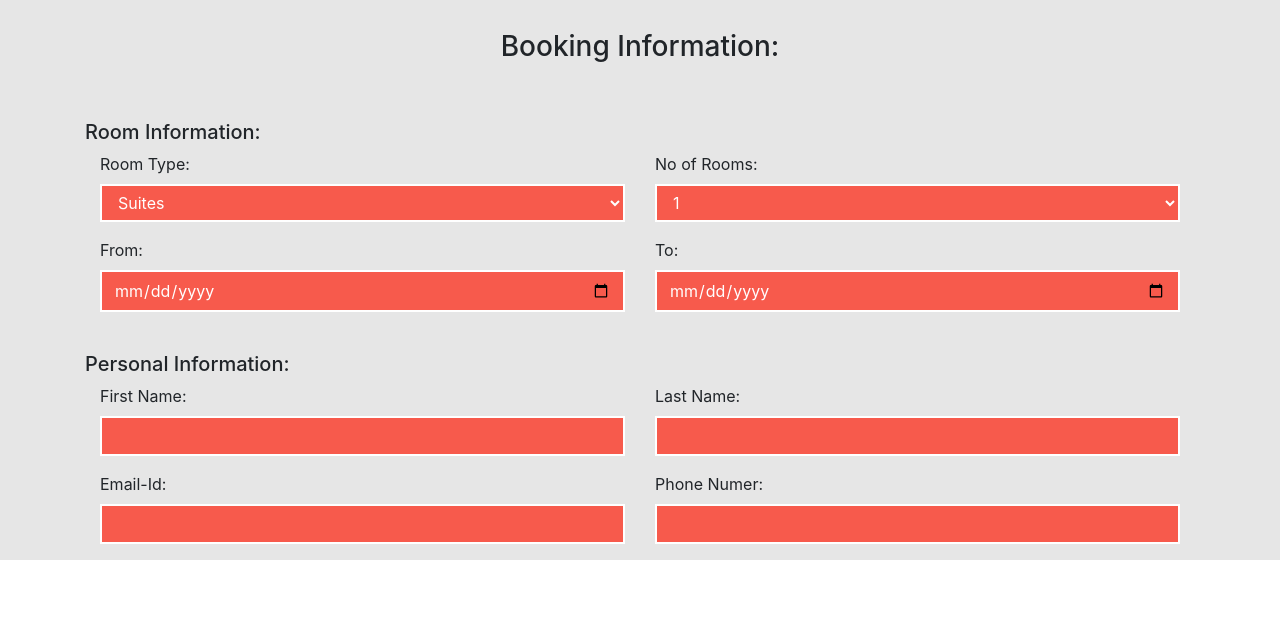
Repository: kapsky5/HotelManagement
Page: booking.html
An editor plug-in stored every save of this project. The page is shown before and after the next save, followed by the edit.
The browser window is 1280 px wide. The pictures show the whole page.

Above is the page before, as saved 2019-11-07 03:46:40.

### booking.html
<!DOCTYPE html>
<html lang="en">
<head>
    <meta charset="UTF-8">
    <meta name="viewport" content="width=device-width, initial-scale=1.0">
    <meta http-equiv="X-UA-Compatible" content="ie=edge">
    <title>RADISSON BLU</title>
    <link rel="stylesheet" href="css/main.css">
    <link rel="stylesheet" href="https://maxcdn.bootstrapcdn.com/bootstrap/4.0.0/css/bootstrap.min.css" integrity="sha384-Gn5384xqQ1aoWXA+058RXPxPg6fy4IWvTNh0E263XmFcJlSAwiGgFAW/dAiS6JXm" crossorigin="anonymous">
</head>
<body>
    <div class="containerz">
        <div class="container">
            <div class="header" style="padding-top: 30px;">
                <div class="text-center">
                    <h3>Booking Information:</h3>
                </div>
            </div>
            <br>
            <br>
            <form action="" method="POST">
                <h5>Room Information:</h5>
                <div class="row">
                    <div class="col-md-6">
                        <div class="form-group">
                            <label>Room Type:</label>
                            <select class="form-control" placeholder="Select-Room">
                                <option>Suites</option>
                                <option>Deluxe Rooms</option>
                                <option>King Rooms</option>
                                <option>Single</option>
                            </select>
                        </div>
                    </div>
                    <div class="col-md-6">
                        <div class="form-group">
                            <label>No of Rooms:</label>
                            <select class="form-control">
                                <option>1</option>
                                <option>2</option>
                                <option>3</option>
                                <option>4</option>
                            </select>
                        </div>
                    </div>
                    <div class="col-md-6">
                        <div class="form-group">
                            <label>From:</label>
                            <input class="form-control" type="date">
                        </div>
                    </div>
                    <div class="col-md-6">
                        <div class="form-group">
                            <label>To:</label>
                            <input class="form-control" type="date">
                        </div>
                    </div>
                </div>
                <br>
                <h5>Personal Information:</h5>
                <div class="row">
                    <div class="col-md-6">
                        <div class="form-group">
                            <label>First Name:</label>
                            <input class="form-control">
                        </div>
                    </div>
                    <div class="col-md-6">
                        <div class="form-group">
                            <label>Last Name:</label>
                            <input class="form-control">
                        </div>
                    </div>
                    <div class="col-md-6">
                        <div class="form-group">
                            <label>Email-Id:</label>
                            <input class="form-control" type="email">
                        </div>
                    </div>
                    <div class="col-md-6">
                        <div class="form-group">
                            <label>Phone Numer:</label>
                            <input class="form-control">
                        </div>
                    </div>
                </div>
            </form>
        </div>
    </div>
</body>
</html>

### css/main.css
.fixed-top{
    position: absolute !important;
}
.carousel-item{
    height: 100vh;
    min-height: 300px;
    background: no-repeat center center scroll;
    -webkit-baackground-size: cover;
    background-size: cover;
    position: absolute;
}
.carousel-caption {
    top: 40% !important;
}
.carousel-caption h5{
    color: #ffffff;
    text-transform: uppercase;
    font-size: 35px;
    letter-spacing: 2px;
    margin-top:25px;
}
.navbar-light .nav-link{
    text-transform: uppercase;
    color: #ffffff !important;
    font-size: 15px;
    margin-left: 20px;
}
.navbar-light .navbar-brand{
    color: #ffffff !important;
    font-size: 30px;
    letter-spacing: 1px;
}
.nav-link:active, .nav-link:hover {
    color: #F75A4C !important;
}
.carousel-caption .btn {
    margin: 40px 20px;
    padding: 15px 30px;
    border-radius: 40px;
    background: #F75A4C;
    border: none;
    text-transform: uppercase;
    font-size: 18px;
}
.carousel-caption .btn:hover{
    background: #454244;
}
.fac{
    margin: 0 auto;
    font-size: 25px;
    letter-spacing: 1px;
}
.tabx h6{
    font-weight: 600 !important;
}
.nav-item.nav-link{
    color: rgb(192, 192, 192);
}
.nav-item.nav-link.active{
    color: #F75A4C !important;
    background-color: #ffffff !important;
}
#tabs .nav > a{
    border-radius: 0px;
    padding: 40px 1rem;
    border-bottom: 1px solid rgb(192, 192, 192);
}
#tabs .nav > a.active{
    border-bottom: 1px solid #F75A4C;
}
.containerx{
    padding: 40px;
}
.containerx p{
    font-size: 18px;
    line-height: 1.8;
    color: #848484;
}
.tabImg{
    max-width: 100%;
    height: 550px;
}
.heading{
    color: #F75A4C;
    text-transform: uppercase;
    margin-bottom: 20px;
}
.sub-heading{
    margin-top: 20px;
    font-size: 16px;
    color: rgb(192, 192, 192);
}
.foot{
    margin-top: 50px;
    background-color: #E6E6E6;
}
.rowinfoot{
    padding: 30px 0px;
}
.foo-head{
    font-size: 20px;
    color: #F75A4C;
    margin: 20px 0;
}
.foo-text{
    font-size: 16px;
    line-height: 1.5;
}
.foo-text li a{
    color: black;
    text-decoration: none;
}
.copyright {
    color: white;
    background: #554f53;
    justify-content: center;
}
.copyright p{
    margin-bottom: 0;
}
.image{
    width: 100%;
    height: 50vh;
}
.containerz{
    background-color: #E6E6E6;
}
.heading1{
    text-transform: uppercase;
    font-size: 24px;
    letter-spacing: 1px;
}
.room-img{
    width: 100%;
    height: 415px;
}
.card{
    border-radius: 0px !important;
}
.card-body{
    padding: 0px !important;
}
.head-room{
    color: #F75A4C;
    font-size: 22px;
    text-transform: uppercase;
    letter-spacing: 1px;
}
.card-body.row.col-md-5, .card-body.row.col-md-7, .card-body.row.col-md-6, .card-body.row.col-md-3{
    padding: 0px !important;
}

.containerz .imgx, .containerz .imgx{
    padding: 0px !important;
}
.dpt, .dpts{
    padding: 40px 50px !important;
}
.dpt p{
    font-size: 18px;
    line-height: 1.8;
    color: #848484;
}
.dpts p{
    font-size: 16px;
    line-height: 1.5;
    color: #848484;
}
.row{
    margin: 0px !important;
}
.card .btn{
    padding: 10px 30px;
    border-radius: 0px;
    background: #F75A4C;
    border: none;
    text-transform: uppercase;
    font-size: 18px;
}
.avail{
    color: white;
    margin-top: 40px !important;
    background-color: #F75A4C;
    padding: auto auto;
}
.form-control{
    background-color: #F75A4C !important;
    color: white !important;
    border-radius: 0 !important;
    border: 2px solid white !important;
}
input[type=date]::-webkit-inner-spin-button {
    -webkit-appearance: none;
    display: none;
}
.result .btn{
    margin: 10px 20px;
    padding: 15px 30px;
    border-radius: 40px;
    background: #F75A4C;
    border: none;
    text-transform: uppercase;
    font-size: 18px;
}

After the next save:
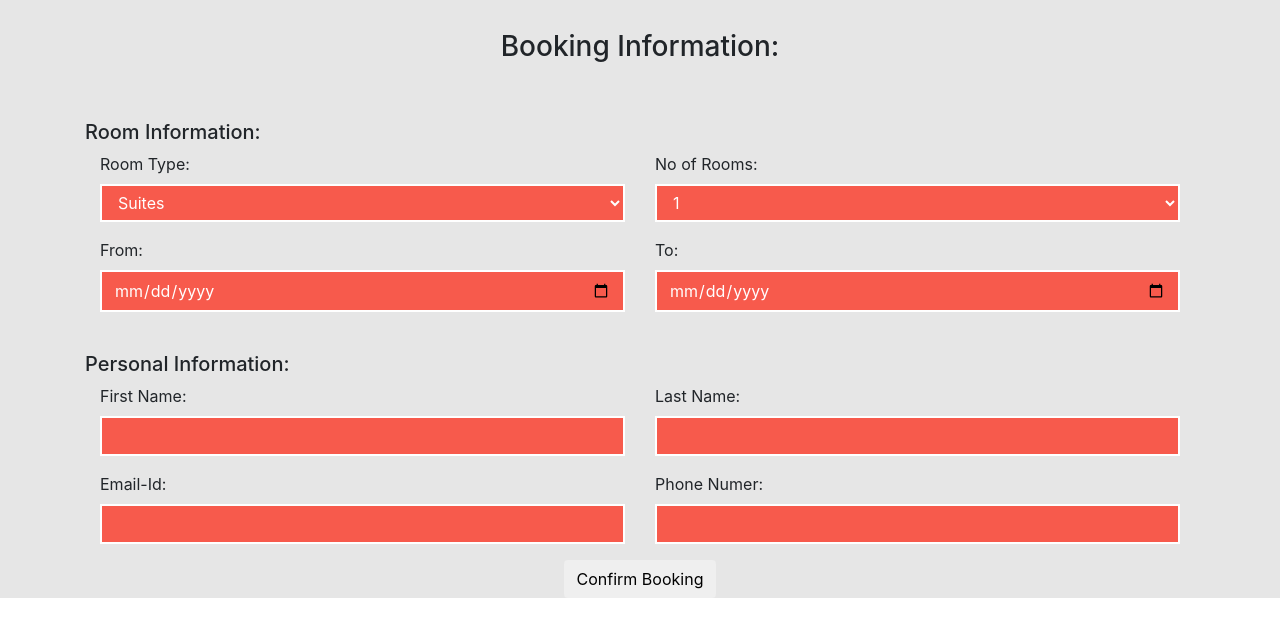
Saved 3 min 7 s later.
--- a/booking.html
+++ b/booking.html
@@ -84,6 +84,9 @@
                         </div>
                     </div>
                 </div>
+                <div class="text-center">
+                    <button class="btn btn-default" type="submit">Confirm Booking</button>
+                </div>
             </form>
         </div>
     </div>
